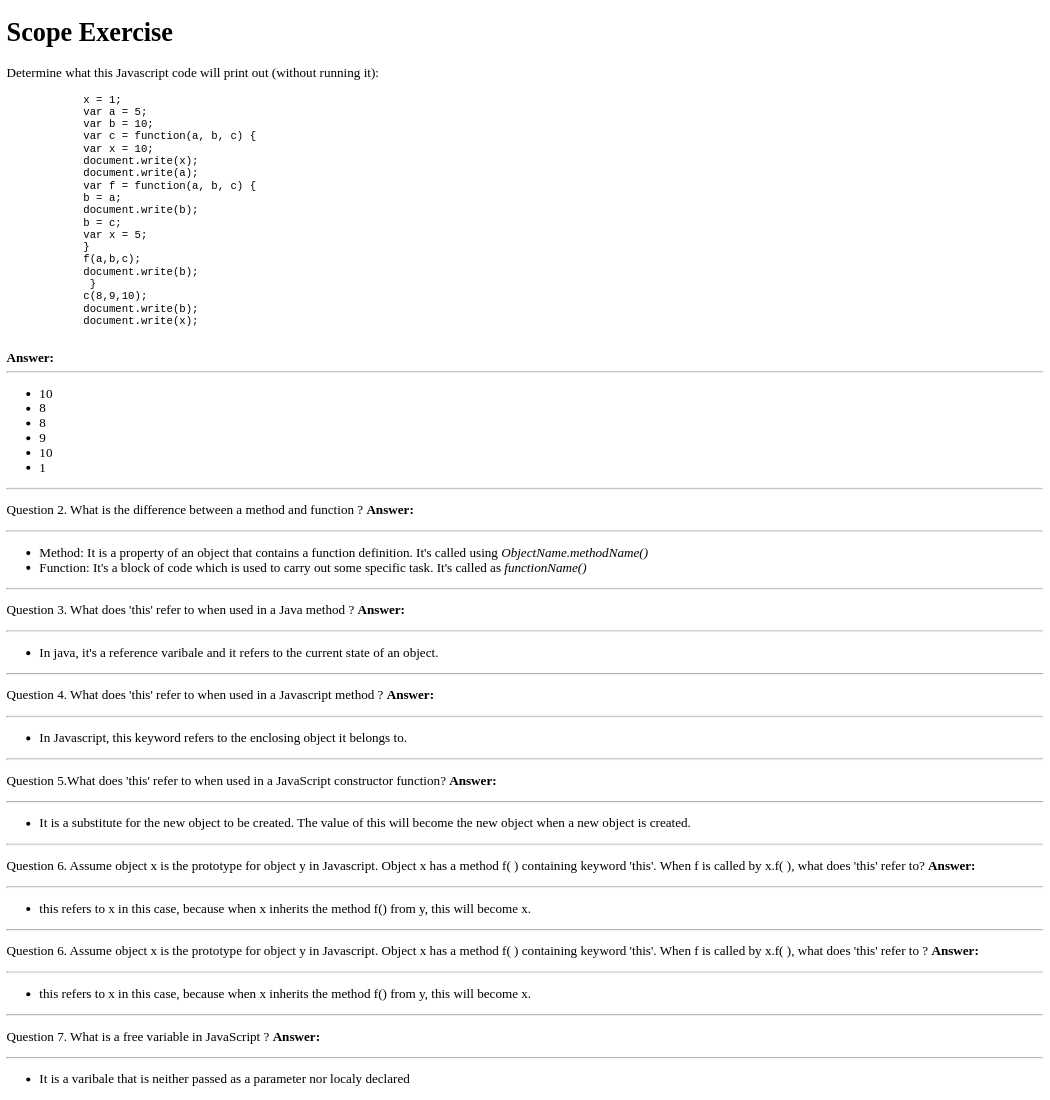
Repository: bethelbahiru/WAP
Page: Homework3/scope.html
These files come from the project's save history. The page is drawn as it stood at one moment and after the next save; the edit follows.
The browser window is 1280 px wide. The pictures show the whole page, at 82% of full size.

Above is the page before, as saved 2022-01-18 16:58:47.

### Homework3/scope.html
<!DOCTYPE html>
<html lang="en">
<head>
    <meta charset="UTF-8">
    <meta http-equiv="X-UA-Compatible" content="IE=edge">
    <meta name="viewport" content="width=device-width, initial-scale=1.0">
    <title>Scope Exercise</title>
</head>
<body>
    <h1><strong>Scope Exercise</strong></h1>
    <p> Determine what this Javascript code will print out (without running it):
        <pre>
            x = 1;
            var a = 5;
            var b = 10;
            var c = function(a, b, c) {
            var x = 10;
            document.write(x);
            document.write(a);
            var f = function(a, b, c) {
            b = a;
            document.write(b);
            b = c;
            var x = 5;
            }
            f(a,b,c);
            document.write(b);
             }
            c(8,9,10);
            document.write(b);
            document.write(x);
        </pre>

        <strong>Answer:</strong>
        <hr>
        <ul>
            <li>10</li>
            <li>8</li>
            <li>8</li>
            <li>9</li>
            <li>10</li>
            <li>1</li>
        </ul>
    </p>
    <hr>
    <p>Question 2.  What is the difference between a method and function ?

        <strong>Answer:</strong>
        <hr>
        <ul>
            <li>Method: It is a property of an object that contains a function definition. It's called using <em>ObjectName.methodName()</em></li>
            <li>Function: It's a block of code which is used to carry out some specific task. It's called as <em>functionName()</em></li>
        </ul>
    </p>
    <hr>
    <p>Question 3. What does 'this' refer to when used in a Java method ?
        <strong>Answer:</strong>
        <hr>
        <ul>
            <li>In java, it's a reference varibale and it refers to the current state of an object.</li>
        </ul>
    </p>
    <hr>
    <p>Question 4. What does 'this' refer to when used in a Javascript method ?
        <strong>Answer:</strong>
        <hr>
        <ul>
            <li>In Javascript, this keyword refers to the enclosing object it belongs to.</li>
        </ul>
    </p>
    <hr>
    <p>Question 5.What does 'this' refer to when used in a JavaScript constructor function?
        <strong>Answer:</strong>
        <hr>
        <ul>
            <li>It is a substitute for the new object to be created. The value of this will become the new object when a new object is created.</li>
        </ul>
    </p>
    <hr>
    <p>Question 6. Assume object x is the prototype for object y in Javascript. Object x has a method f( ) containing keyword 'this'.
        When f is called by x.f( ), what does 'this' refer to?
        <strong>Answer:</strong>
        <hr>
        <ul>
            <li>this refers to x in this case, because when x inherits the method f() from y, this will become x.</li>
        </ul>
    </p>
    <hr>
    <p>Question 6. Assume object x is the prototype for object y in Javascript. Object x has a method f( ) containing keyword 'this'.
        When f is called by x.f( ), what does 'this' refer to ?
        <strong>Answer:</strong>
        <hr>
        <ul>
            <li>this refers to x in this case, because when x inherits the method f() from y, this will become x.</li>
        </ul>
    </p>
    <hr>
    <p>Question 7. What is a free variable in JavaScript ?
        <strong>Answer:</strong>
        <hr>
        <ul>
            <li>It is a varibale that is neither passed as a parameter nor localy declared</li>
        </ul>
    </p>










</body>
</html>

After the next save:
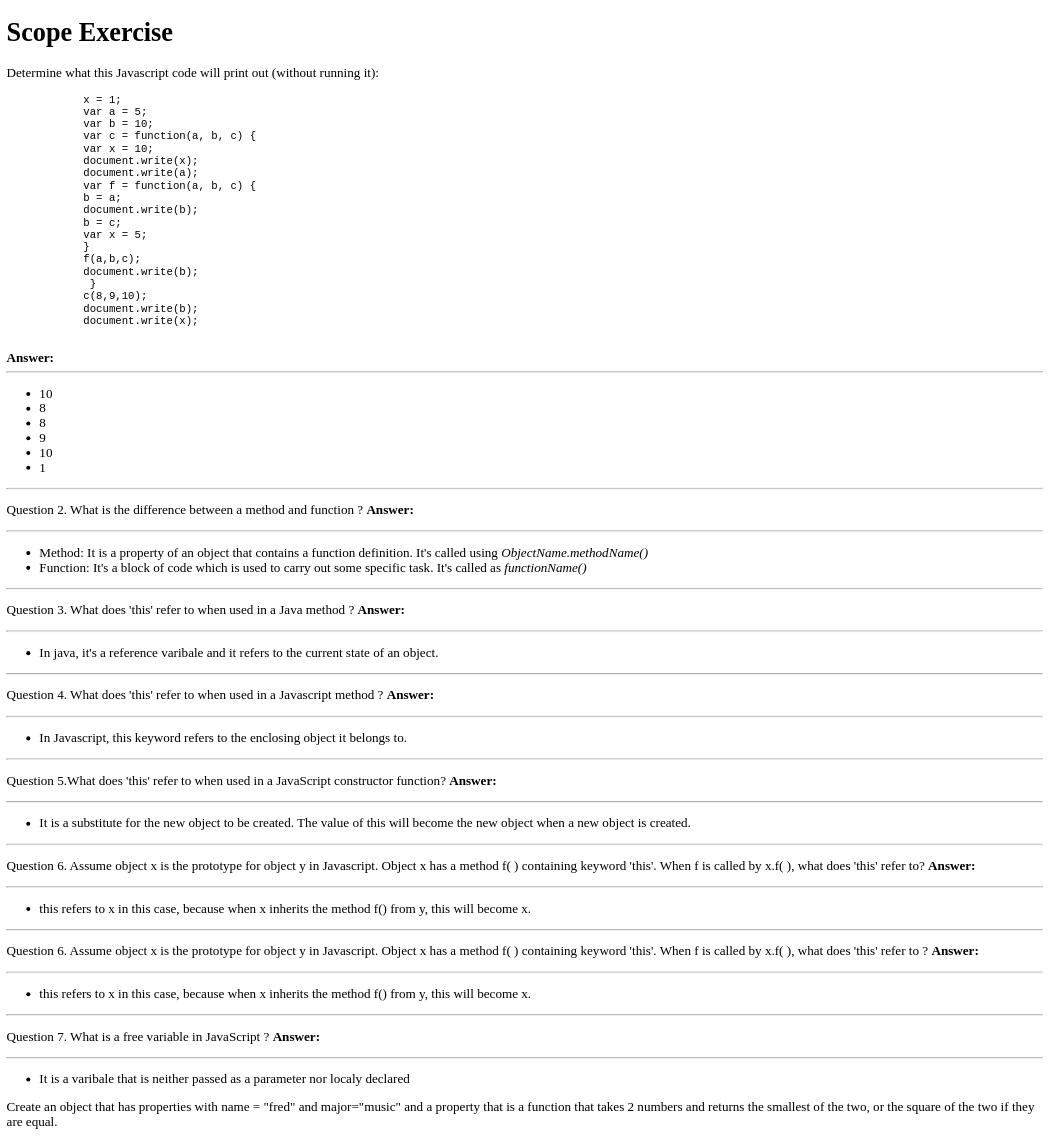
Saved 10 min 1 s later.
--- a/Homework3/scope.html
+++ b/Homework3/scope.html
@@ -105,6 +105,11 @@
 
 
 
+    Create an object that has properties with name = "fred" and major="music" and a property that is a function
+that takes 2 numbers and returns the smallest of the two, or the square of the two if they are equal.
+
+
+
 
 
 
